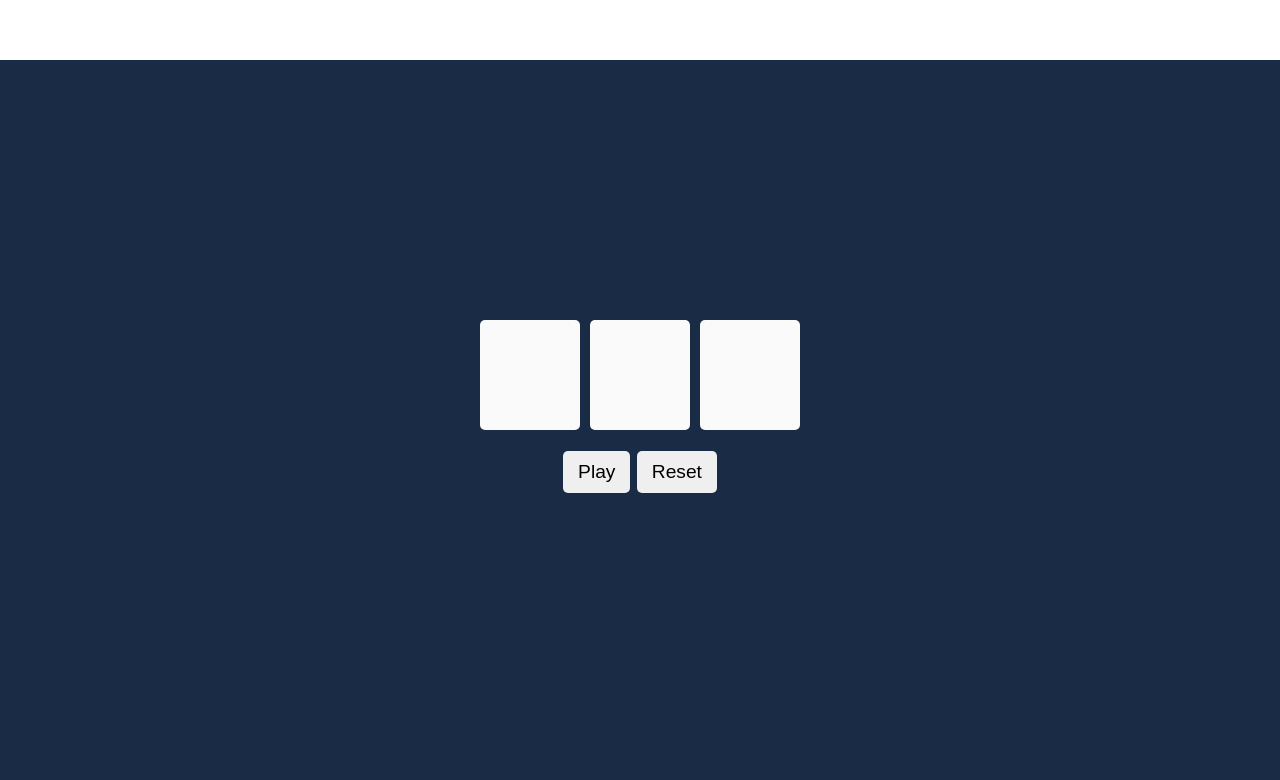
Repository: HERBOD7/slotmachine
Page: /
The author's editor kept a copy of each file at every save. The page is drawn from the files as they stood at one save, then again after the next save.
The browser window is 1280 px wide. The pictures show the whole page.
The project was rebuilt for these pictures with package versions that can differ from the ones it lists, and the page was loaded fresh each time. Also part of the build but not shown: vue.config.js.

Above is the page before, as saved 2023-07-22 23:14:07.

After the next save:
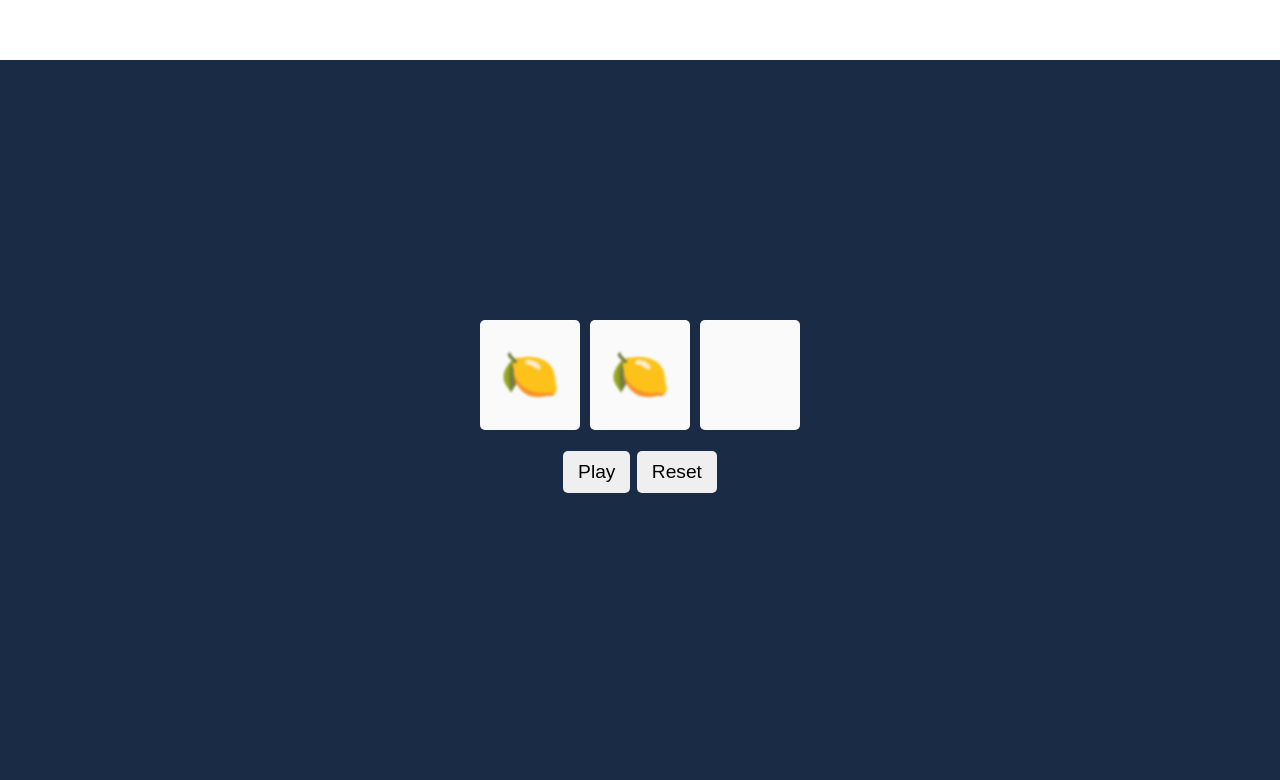
Saved 4 s later.
--- a/src/App.vue
+++ b/src/App.vue
@@ -9,7 +9,7 @@
               v-for="(symbol, index) in symbols[i]"
               :key="index"
             >
-              {{ item }}
+              {{ symbol }}
             </div>
           </div>
         </transition>
